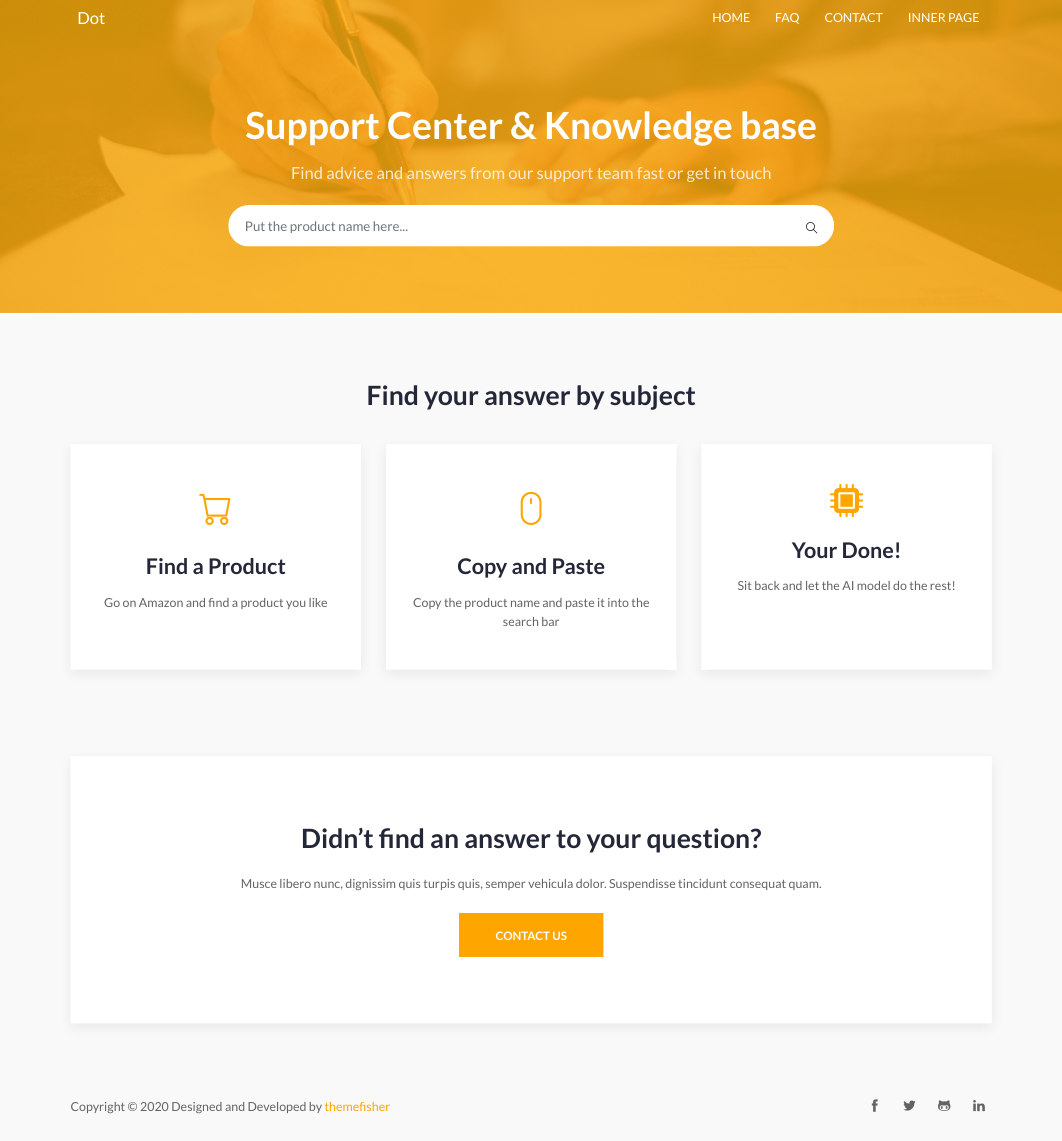
Repository: AlexThyCoolest/ReviewReader
Page: http://localhost/
An editor plug-in stored every save of this project. The page is shown before and after the next save, followed by the edit.
The browser window is 1280 px wide. The pictures show the whole page, at 83% of full size.
The page is served by the project's application, run on Flask 3 (main.py).

Above is the page before, as saved 2024-07-23 11:18:07.

### OYT/templates/index.html
<!DOCTYPE html>
<html lang="en-us">

<head>
    <meta charset="utf-8">
    <title>Dot</title>
    <meta name="viewport" content="width=device-width, initial-scale=1, maximum-scale=1">

    <!-- theme meta -->
    <meta name="theme-name" content="dot" />

    <!-- ** CSS Plugins Needed for the Project ** -->

    <!-- Bootstrap -->
    <link rel="stylesheet" href="static/plugins/bootstrap/bootstrap.min.css">
    <!-- themefy-icon -->
    <link rel="stylesheet" href="static/plugins/themify-icons/themify-icons.css">
    <!--Favicon-->
    <link rel="icon" href="images/favicon.png" type="image/x-icon">
    <!-- fonts -->
    <link href="https://fonts.googleapis.com/css?family=Lato:300,400,700&display=swap" rel="stylesheet">
    <link rel="stylesheet" href="https://cdnjs.cloudflare.com/ajax/libs/font-awesome/6.0.0-beta3/css/all.min.css">
    <link rel="stylesheet" href="https://cdn.jsdelivr.net/npm/bootstrap-icons@1.11.3/font/bootstrap-icons.min.css">
    <!-- Main Stylesheet -->
    <link href="static/assets/style.css" rel="stylesheet" media="screen" />
    <style>
        :root {
            --primary-color: #FFA500;
            /* Yellow-Orange */
        }

        .btn-primary,
        .bg-primary {
            background-color: var(--primary-color) !important;
            border-color: var(--primary-color) !important;
        }

        .text-primary {
            color: var(--primary-color) !important;
        }
    </style>
</head>
</head>

<body>
    <!-- header -->
    <header class="banner overlay bg-cover" data-background="images/banner.jpg">
        <nav class="navbar navbar-expand-md navbar-dark">
            <div class="container">
                <a class="navbar-brand px-2" href="index.html">Dot</a>
                <button class="navbar-toggler border-0" type="button" data-toggle="collapse" data-target="#navigation"
                    aria-controls="navigation" aria-expanded="false" aria-label="Toggle navigation">
                    <span class="navbar-toggler-icon"></span>
                </button>

                <div class="collapse navbar-collapse text-center" id="navigation">
                    <ul class="navbar-nav ml-auto">
                        <li class="nav-item">
                            <a class="nav-link text-dark" href="index.html">Home</a>
                        </li>
                        <li class="nav-item">
                            <a class="nav-link text-dark" href="faq.html">Faq</a>
                        </li>
                        <li class="nav-item">
                            <a class="nav-link text-dark" href="contact.html">contact</a>
                        </li>
                        <li class="nav-item">
                            <a class="nav-link text-dark" href="single.html">Inner Page</a>
                        </li>
                    </ul>
                </div>
            </div>
        </nav>
        <!-- banner -->
        <div class="container section">
            <div class="row">
                <div class="col-lg-8 text-center mx-auto">
                    <h1 class="text-white mb-3">Support Center &amp; Knowledge base</h1>
                    <p class="text-white mb-4">Find advice and answers from our support team fast or get in touch</p>
                    <div class="position-relative">
                        <form action="/loading" method="post">
                            <input id="product_name" name="product_name" type="text" class="form-control"
                                placeholder="Put the product name here...">
                            <button type="submit" class="search-icon p-0" style="background:white; border:none;"><i
                                    class="ti-search"></i></button>
                        </form>
                    </div>
                </div>
            </div>
        </div>
        <!-- /banner -->
    </header>
    <!-- /header -->

    <!-- topics -->
    <section class="section">
        <div class="container">
            <div class="row justify-content-center">
                <div class="col-12 text-center">
                    <h2 class="section-title">Find your answer by subject</h2>
                </div>
                <!-- topic-item -->
                <div class="col-lg-4 col-sm-6 mb-4">
                    <div class="px-4 py-5 bg-white shadow text-center d-block match-height" style="height: 100%;">
                        <i class="bi bi-cart icon text-primary d-block mb-4"></i>
                        <h3 class="mb-3 mt-0">Find a Product</h3>
                        <p class="mb-0">Go on Amazon and find a product you like</p>
                    </div>
                </div>
                <div class="col-lg-4 col-sm-6 mb-4">
                    <div class="px-4 py-5 bg-white shadow text-center d-block match-height" style="height: 100%;">
                        <i class="bi bi-mouse icon text-primary d-block mb-4"></i>
                        <h3 class="mb-3 mt-0">Copy and Paste</h3>
                        <p class="mb-0">Copy the product name and paste it into the search bar</p>
                    </div>
                </div>
                <div class="col-lg-4 col-sm-6 mb-4">
                    <div class="px-4 py-5 bg-white shadow text-center d-block match-height" style="height: 100%;">
                        <i class="fa-solid fa-microchip icon text-primary d-block mb-4"></i>
                        <h3 class="mb-3 mt-0">Your Done!</h3>
                        <p class="mb-0">Sit back and let the AI model do the rest!</p>
                    </div>
                </div>
            </div>
        </div>
    </section>
    <!-- /topics -->

    <!-- call to action -->
    <section>
        <div class="container">
            <div class="row">
                <div class="col-12">
                    <div class="section px-3 bg-white shadow text-center">
                        <h2 class="mb-4">Didn&rsquo;t find an answer to your question?</h2>
                        <p class="mb-4">Musce libero nunc, dignissim quis turpis quis, semper vehicula dolor.
                            Suspendisse tincidunt
                            consequat quam.</p>
                        <a href="contact.html" class="btn btn-primary">contact us</a>
                    </div>
                </div>
            </div>
        </div>
    </section>
    <!-- /call to action -->

    <!-- footer -->
    <footer class="section pb-4">
        <div class="container">
            <div class="row align-items-center">
                <div class="col-md-8 text-md-left text-center">
                    <p class="mb-md-0 mb-4">Copyright © 2020 Designed and Developed by <a
                            href="https://themefisher.com/">themefisher</a></p>
                </div>
                <div class="col-md-4 text-md-right text-center">
                    <ul class="list-inline">
                        <li class="list-inline-item"><a class="text-color d-inline-block p-2" href="#"><i
                                    class="ti-facebook"></i></a></li>
                        <li class="list-inline-item"><a class="text-color d-inline-block p-2" href="#"><i
                                    class="ti-twitter-alt"></i></a></li>
                        <li class="list-inline-item"><a class="text-color d-inline-block p-2" href="#"><i
                                    class="ti-github"></i></a>
                        </li>
                        <li class="list-inline-item"><a class="text-color d-inline-block p-2" href="#"><i
                                    class="ti-linkedin"></i></a></li>
                    </ul>
                </div>
            </div>
        </div>
    </footer>
    <!-- /footer -->

    <!-- ** JS Plugins Needed for the Project ** -->
    <!-- jquiry -->
    <script src="static/plugins/jquery/jquery-1.12.4.js"></script>
    <!-- Bootstrap JS -->
    <script src="static/plugins/bootstrap/bootstrap.min.js"></script>
    <!-- match-height JS -->
    <script src="static/plugins/match-height/jquery.matchHeight-min.js"></script>
    <!-- Main Script -->
    <script src="assets/script.js"></script>
</body>

</html>

### OYT/static/assets/style.css
:root {
  --primary-color: #02007e;
  --body-color: #f9f9f9;
  --text-color: #636363;
  --text-color-dark: #242738;
  --white-color: #ffffff;
  --light-color: #f8f9fa;
  --font-family: Lato;
}

body {
  line-height: 1.5;
  font-family: var(--font-family), sans-serif;
  -webkit-font-smoothing: antialiased;
  font-size: 17px;
  color: var(--text-color);
  background-color: var(--body-color)
}

p {
  color: var(--text-color);
  font-size: 15px
}

h1,
h2,
h3,
h4,
h5,
h6 {
  color: var(--text-color-dark);
  font-family: var(--font-family), sans-serif;
  font-weight: 700;
  line-height: 1.2
}

h1,
.h1 {
  font-size: 45px
}

h2,
.h2 {
  font-size: 32px
}

h3,
.h3 {
  font-size: 26px
}

h4,
.h4 {
  font-size: 20px
}

h5,
.h5 {
  font-size: 18px
}

h6,
.h6 {
  font-size: 14px
}

.btn {
  font-size: 14px;
  font-family: var(--font-family), sans-serif;
  text-transform: uppercase;
  padding: 16px 44px;
  border-radius: 0;
  font-weight: 600;
  border: 0;
  position: relative;
  z-index: 1;
  transition: .2s ease
}

.btn:focus {
  outline: 0;
  box-shadow: none !important
}

.btn:active {
  box-shadow: none
}

.btn-primary {
  background: var(--primary-color);
  color: var(--white-color)
}

.btn-primary:active {
  background: var(--primary-color)
}

.btn-primary:hover {
  background: var(--primary-color)
}

.btn-primary:not(:disabled):not(.disabled).active,
.btn-primary:not(:disabled):not(.disabled):active,
.show>.btn-primary.dropdown-toggle {
  color: var(--white-color);
  background-color: var(--primary-color);
  border-color: var(--primary-color)
}

.inline-button {
  line-height: .8rem !important;
  padding: 5px 8px !important;
  pointer-events: none;
  margin-top: -5px
}

.overflow-hidden {
  overflow: hidden !important
}

::-moz-selection {
  background: var(--primary-color);
  color: var(--white-color)
}

::selection {
  background: var(--primary-color);
  color: var(--white-color)
}

.preloader {
  position: fixed;
  top: 0;
  left: 0;
  right: 0;
  bottom: 0;
  background-color: var(--white-color);
  z-index: 999;
  display: flex;
  align-items: center;
  justify-content: center
}

ul {
  list-style-type: none;
  margin: 0;
  padding-left: 0;
  font-size: 15px
}

ol {
  padding-left: 20px;
  font-size: 15px
}

img {
  vertical-align: middle;
  border: 0
}

a,
a:hover,
a:focus {
  text-decoration: none;
  color: var(--primary-color)
}

a:hover,
a:focus {
  color: var(--primary-color)
}

a,
button,
select {
  cursor: pointer;
  transition: .2s ease
}

a:focus,
button:focus,
select:focus {
  outline: 0
}

.slick-slide {
  outline: 0
}

.section {
  padding-top: 80px;
  padding-bottom: 80px
}

@media(max-width:768px) {
  .section {
    padding-top: 60px
  }
}

.section-sm {
  padding-top: 60px;
  padding-bottom: 60px
}

@media(max-width:768px) {
  .section-sm {
    padding-top: 40px
  }
}

.section-title {
  margin-bottom: 40px
}

.bg-cover {
  background-size: cover;
  background-position: 50%;
  background-repeat: no-repeat
}

.border-primary {
  border-color: #f2f2f2 !important
}

pre {
  padding: 20px
}

.overlay {
  position: relative
}

.overlay::before {
  position: absolute;
  content: '';
  height: 100%;
  width: 100%;
  top: 0;
  left: 0;
  background: var(--primary-color);
  opacity: .8
}

.outline-0 {
  outline: 0 !important
}

.d-unset {
  display: unset !important
}

.bg-primary {
  background: var(--primary-color) !important
}

.bg-white {
  background-color: var(--white-color) !important
}

.bg-light {
  background-color: var(--light-color) !important
}

.text-primary {
  color: var(--primary-color) !important
}

.text-color {
  color: var(--text-color) !important
}

.text-dark {
  color: var(--text-color-dark) !important
}

.text-white {
  color: var(--white-color) !important
}

.top-50 {
  top: 50px
}

.navbar {
  padding: 0
}

@media(max-width:768px) {
  .navbar {
    padding: 10px 0
  }
}

.navbar-brand img {
  max-width: 100px;
  margin-bottom: 0
}

.navbar .nav-item .nav-link {
  text-transform: uppercase;
  padding: 10px 15px !important;
  font-size: 15px
}

.navbar .dropdown:hover .dropdown-menu {
  visibility: visible;
  opacity: 1;
  -webkit-transform: scaleX(1);
  transform: scaleX(1)
}

.navbar .dropdown-menu {
  box-shadow: 0 3px 9px 0 rgba(0, 0, 0, .12);
  padding: 15px 0;
  border: 0;
  top: 40px;
  left: -35px;
  border-radius: 0;
  display: block;
  visibility: hidden;
  transition: .3s ease;
  opacity: 0;
  -webkit-transform: translateY(20px);
  transform: translateY(20px);
  background: var(--white-color)
}

@media(max-width:768px) {
  .navbar .dropdown-menu {
    display: none;
    opacity: 1;
    visibility: visible;
    -webkit-transform: translateY(0);
    transform: translateY(0);
    -webkit-transform-origin: unset;
    transform-origin: unset
  }
}

.navbar .dropdown-menu.view {
  visibility: visible !important;
  opacity: 1;
  -webkit-transform: translateY(0);
  transform: translateY(0);
  -webkit-transform-origin: top;
  transform-origin: top
}

@media(max-width:768px) {
  .navbar .dropdown-menu.view {
    display: block
  }
}

.navbar .dropdown-menu.show {
  visibility: hidden
}

@media(max-width:768px) {
  .navbar .dropdown-menu.show {
    visibility: visible;
    display: block
  }
}

.navbar .dropdown-item {
  position: relative;
  color: var(--text-color-dark);
  transition: .2s ease;
  font-family: var(--font-family), sans-serif
}

@media(max-width:768px) {
  .navbar .dropdown-item {
    text-align: center
  }
}

.navbar .dropdown-item:hover {
  color: var(--primary-color);
  background: 0 0
}

.lang-list {
  background: var(--primary-color);
  color: var(--white-color)
}

.lang-list.dark {
  color: var(--text-color-dark);
  background: var(--white-color)
}

.banner {
  overflow: hidden
}

.banner p {
  font-size: 20px;
  opacity: .8
}

.banner .nav-link.text-dark {
  color: var(--white-color) !important
}

.banner .nav-link.text-dark:hover {
  color: var(--white-color) !important
}

.banner .navbar-brand {
  color: var(--white-color) !important
}

#project-icon {
  float: left;
  height: 32px;
  width: 32px
}

#project-description {
  margin: 0;
  padding: 0
}

.ui-helper-hidden-accessible {
  display: none
}

.ui-menu {
  background: var(--white-color);
  padding: 5px 20px 20px;
  right: 0 !important;
  max-height: 200px;
  overflow: hidden;
  border-radius: 0 0 25px 25px;
  z-index: 9999;
  box-shadow: 0 13px 20px 0 rgba(0, 0, 0, .07)
}

@media(max-width:575px) {
  .ui-menu {
    width: calc(100% - 30px) !important
  }
}

@media(min-width:576px) {
  .ui-menu {
    max-width: 510px !important
  }
}

@media(min-width:768px) {
  .ui-menu {
    max-width: 690px !important
  }
}

@media(min-width:992px) {
  .ui-menu {
    max-width: 610px !important
  }
}

@media(min-width:1200px) {
  .ui-menu {
    max-width: 730px !important
  }
}

.ui-menu-item a {
  color: var(--text-color);
  padding: 8px 0;
  font-size: 15px
}

.ui-menu-item a:hover {
  color: var(--primary-color)
}

.ui-menu-item:not(:last-child) {
  border-bottom: 1px solid #e8e8e8
}

.ui-menu-item * {
  display: none
}

.ui-menu-item .ui-corner-all {
  display: block
}

.form-control {
  height: 50px;
  border-radius: 25px;
  border: 0;
  padding: 0 20px
}

.form-control:focus {
  border: 0;
  box-shadow: none !important
}

textarea.form-control {
  height: 150px;
  padding: 20px
}

.icon {
  font-size: 40px
}

.shadow {
  box-shadow: 0 5px 15px rgba(0, 0, 0, .07) !important;
  transition: .3s ease
}

.shadow-bottom {
  box-shadow: 0 1px 0 rgba(12, 13, 14, .1), 0 1px 6px rgba(59, 64, 69, .1)
}

.shadow:hover,
.shadow:focus {
  box-shadow: 0 14px 25px rgba(0, 0, 0, .1) !important
}

.content * {
  margin-bottom: 20px
}

.content img {
  max-width: 100%;
  height: auto;
  margin: 0 auto 15px;
  display: block;
  text-align: center
}

.content ul {
  padding-left: 0;
  margin-bottom: 20px
}

.content ul li {
  padding-left: 20px;
  position: relative
}

.content ul li::before {
  position: absolute;
  content: '';
  height: 8px;
  width: 8px;
  border-radius: 50%;
  background: var(--primary-color);
  opacity: .3;
  left: 0;
  top: 8px
}

.list-styled li {
  padding-left: 20px;
  position: relative
}

.list-styled li::before {
  position: absolute;
  content: '';
  height: 8px;
  width: 8px;
  border-radius: 50%;
  background: var(--primary-color);
  opacity: .3;
  left: 0;
  top: 17px
}

.post-meta {
  color: var(--text-color);
  font-style: italic;
  font-size: 14px
}

blockquote {
  font-size: 20px !important;
  color: var(--text-color-dark);
  padding: 20px 40px;
  border-left: 2px solid var(--primary-color);
  margin: 40px 0;
  font-weight: 700;
  background: var(--light-color)
}

blockquote p {
  margin-bottom: 0 !important
}

.pagination {
  justify-content: space-between
}

.pagination a {
  color: var(--primary-color)
}

.pagination i {
  font-size: 15px;
  line-height: 1.8
}

#accordion i {
  font-size: 14px;
  line-height: 2
}

table {
  text-align: left;
  width: 100%;
  max-width: 100%;
  margin-bottom: 1rem;
  border: 1px solid #dee2e6
}

table td,
table th {
  padding: .75rem;
  vertical-align: top;
  border: 1px solid #dee2e6;
  margin-bottom: 0
}

thead {
  background: #ececec;
  margin-bottom: 0
}

tbody {
  background: #f8f8f8;
  margin-bottom: 0
}

.notices {
  margin: 2rem 0;
  position: relative
}

.notices p {
  padding: 10px
}

.notices p::before {
  position: absolute;
  top: 2px;
  color: #fff;
  font-family: themify;
  font-weight: 900;
  content: "\e717";
  left: 10px
}

.notices.note p {
  border-top: 30px solid #6ab0de;
  background: #e7f2fa
}

.notices.note p::after {
  content: 'Note';
  position: absolute;
  top: 2px;
  color: #fff;
  left: 2rem
}

.notices.tip p {
  border-top: 30px solid #78c578;
  background: #e6f9e6
}

.notices.tip p::after {
  content: 'Tip';
  position: absolute;
  top: 2px;
  color: #fff;
  left: 2rem
}

.notices.info p {
  border-top: 30px solid #f0b37e;
  background: #fff2db
}

.notices.info p::after {
  content: 'Info';
  position: absolute;
  top: 2px;
  color: #fff;
  left: 2rem
}

.notices.warning p {
  border-top: 30px solid #e06f6c;
  background: #fae2e2
}

.notices.warning p::after {
  content: 'Warning';
  position: absolute;
  top: 2px;
  color: #fff;
  left: 2rem
}

.sidebar {
  background-color: var(--white-color);
  position: sticky;
  top: 50px;
  margin-bottom: 30px;
  padding: 40px 10px 20px
}

.sidelist {
  display: block
}

li.sidelist>a {
  margin-left: 20px;
  margin-bottom: 10px;
  display: block;
  font-size: 20px
}

li.sidelist li a {
  margin: 0
}

.sidelist li.sidelist {
  display: block
}

.sidelist li.sidelist.active a {
  color: var(--primary-color)
}

.sidelist li.sidelist.active::before {
  opacity: 1
}

.page-list li a {
  display: none
}

.page-list li ul a {
  display: block
}

.sidelist li a {
  color: var(--text-color-dark);
  display: block;
  font-size: 15px;
  font-weight: 500;
  padding: 10px 0;
  line-height: 1.4
}

p:empty,
p a:empty {
  display: none !important
}

pre {
  display: block;
  padding: 9.5px;
  margin: 10px 0
}

code {
  margin-bottom: 0 !important;
  font-size: 100%
}

.back-btn {
  position: relative
}

.back-btn::before {
  position: absolute;
  font-family: themify;
  content: "\e6bc";
  font-size: 25px;
  height: 30px;
  width: 40px;
  background-color: var(--white-color);
  color: inherit;
  text-align: right;
  z-index: 1;
  left: -5px;
  top: -5px
}

.ui-autocomplete-input {
  border-bottom: 1px solid #d4d4d4 !important
}

.ui-autocomplete-input.active {
  border-bottom-left-radius: 0;
  border-bottom-right-radius: 0
}

.search-icon {
  position: absolute;
  right: 20px;
  top: 18px;
  font-size: 14px
}

i {
  transition: .2s ease
}

a:hover i {
  color: var(--primary-color)
}

pre code::-webkit-scrollbar {
  height: 5px
}

pre code::-webkit-scrollbar-track {
  background: #000
}

pre code::-webkit-scrollbar-thumb {
  background: #888
}

.code-tabs {
  border: 1px solid #dee2e6;
  overflow: hidden;
  margin: 20px 0
}

.code-tabs .tab-content {
  padding: 20px 15px;
  margin-bottom: 0
}

.code-tabs .tab-content .tab-pane {
  margin-bottom: 0
}

.code-tabs .nav-tabs {
  margin-bottom: 0
}

.code-tabs .nav-tabs .nav-item {
  padding-left: 0;
  border-right: 1px solid #dee2e6
}

.code-tabs .nav-tabs .nav-item .nav-link {
  text-decoration: none;
  font-weight: 500;
  border: 0;
  margin-bottom: 0
}

.code-tabs .nav-tabs .nav-item::before {
  display: none
}

.code-tabs .nav-tabs .nav-item.active {
  background: var(--primary-color)
}

.code-tabs .nav-tabs .nav-item.active .nav-link {
  color: var(--white-color)
}

Loaded but not shown: OYT/static/plugins/bootstrap/bootstrap.min.css (library); OYT/static/plugins/themify-icons/themify-icons.css (library); OYT/static/plugins/jquery/jquery-1.12.4.js (library); OYT/static/plugins/bootstrap/bootstrap.min.js (library); OYT/static/plugins/match-height/jquery.matchHeight-min.js (library); OYT/static/assets/script.js (26 lines, source omitted); OYT/main.py (279 lines, source omitted)

After the next save:
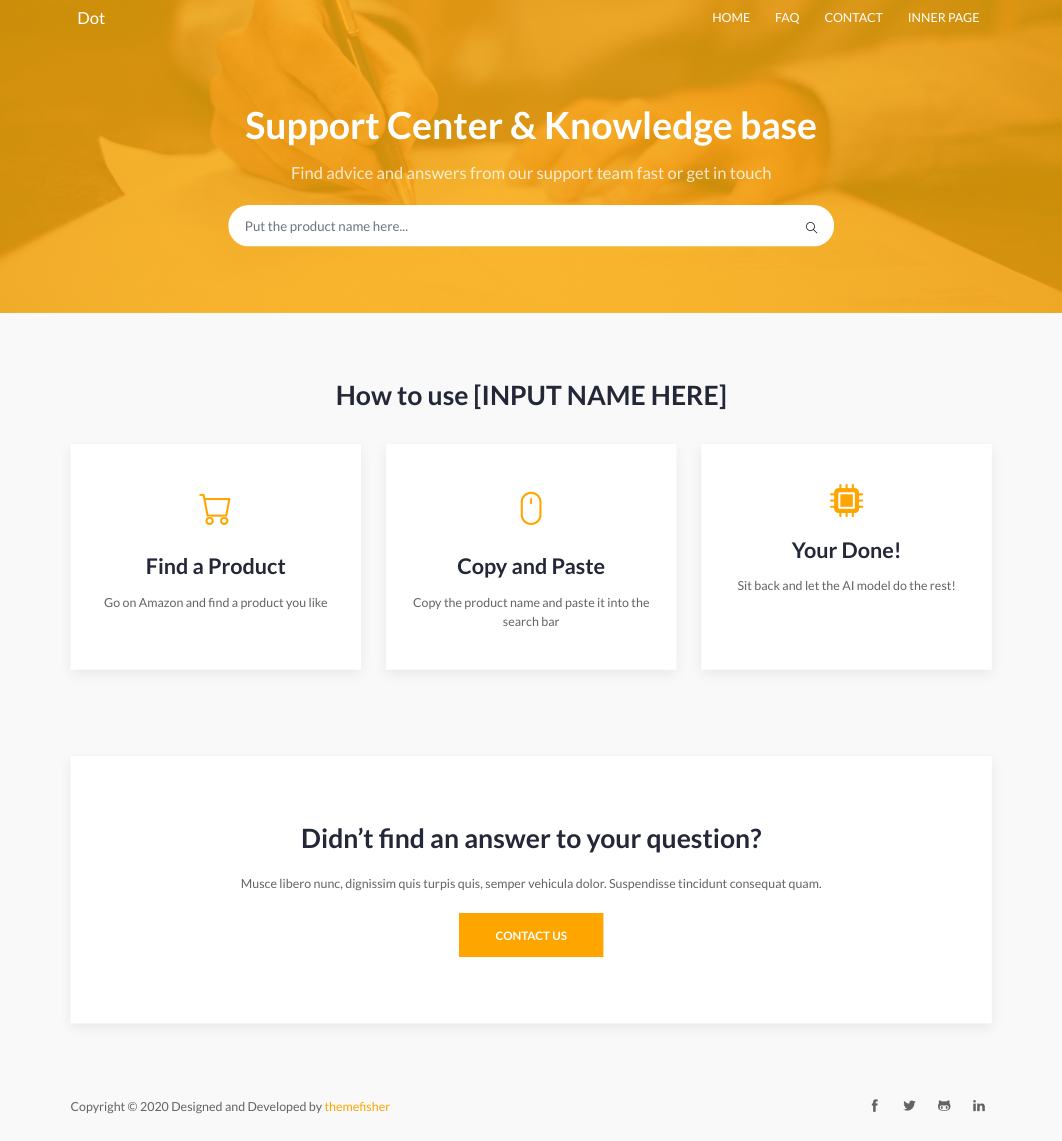
Saved 33 s later.
--- a/OYT/templates/index.html
+++ b/OYT/templates/index.html
@@ -97,7 +97,7 @@
         <div class="container">
             <div class="row justify-content-center">
                 <div class="col-12 text-center">
-                    <h2 class="section-title">Find your answer by subject</h2>
+                    <h2 class="section-title">How to use [INPUT NAME HERE]</h2>
                 </div>
                 <!-- topic-item -->
                 <div class="col-lg-4 col-sm-6 mb-4">
